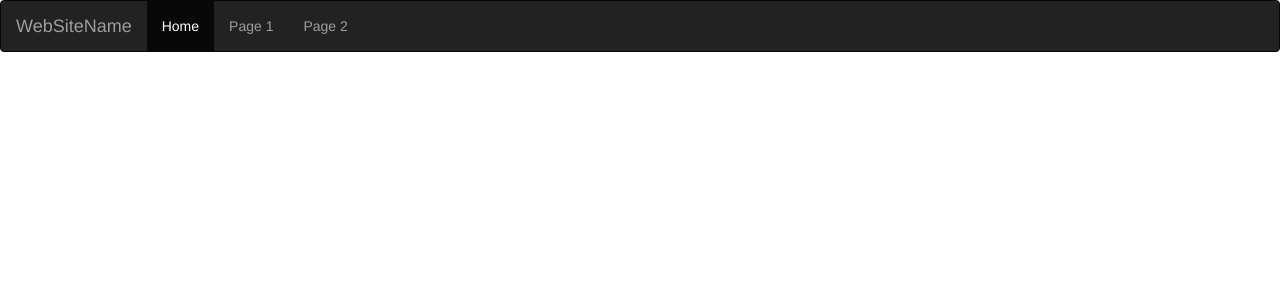
Repository: MckinstryJ/CS3250
Page: CS3250/team_four/src/main/resources/static/index.html
The author's editor kept a copy of each file at every save. The page is drawn from the files as they stood at one save, then again after the next save.
The browser window is 1280 px wide. The pictures show the whole page.
Some web libraries are served in a nearby version.

Above is the page before, as saved 2017-10-03 00:58:40.

### CS3250/team_four/src/main/resources/static/index.html
<!DOCTYPE HTML>
<html>
	<head>
		<title>MSU Denver</title>
		<link rel="icon" href="logo_handler.png" />
		<meta charset="utf-8">
  		<meta name="viewport" content="width=device-width, initial-scale=1">
	  	<link rel="stylesheet" href="https://maxcdn.bootstrapcdn.com/bootstrap/3.3.7/css/bootstrap.min.css">
  		<script src="https://ajax.googleapis.com/ajax/libs/jquery/3.2.1/jquery.min.js"></script>
  		<script src="https://maxcdn.bootstrapcdn.com/bootstrap/3.3.7/js/bootstrap.min.js"></script>
	</head>
	<body>
		<nav class="navbar navbar-inverse">
  			<div class="container-fluid">
    			<div class="navbar-header">
      				<a class="navbar-brand" href="#">WebSiteName</a>
    			</div>
    			<ul class="nav navbar-nav">
      				<li class="active"><a href="#">Home</a></li>
      				<li><a href="#">Page 1</a></li>
      				<li><a href="#">Page 2</a></li>
			    </ul>
  			</div>
		</nav>
	</body>
</html>

After the next save:
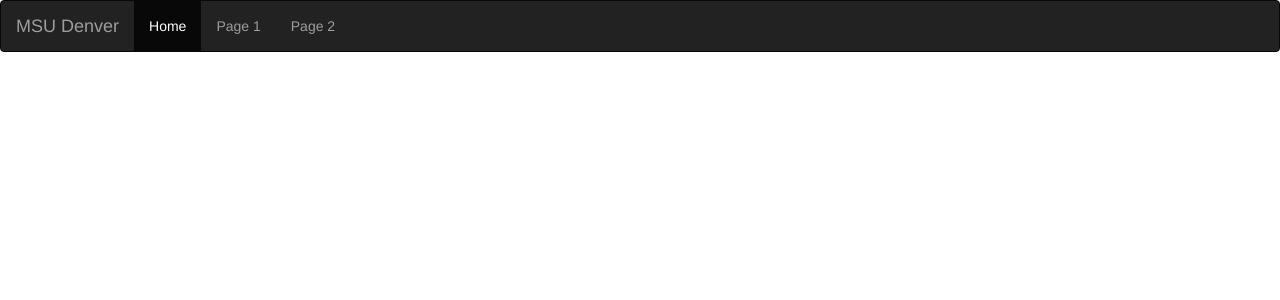
Saved 22 s later.
--- a/CS3250/team_four/src/main/resources/static/index.html
+++ b/CS3250/team_four/src/main/resources/static/index.html
@@ -13,7 +13,7 @@
 		<nav class="navbar navbar-inverse">
   			<div class="container-fluid">
     			<div class="navbar-header">
-      				<a class="navbar-brand" href="#">WebSiteName</a>
+      				<a class="navbar-brand" href="#">MSU Denver</a>
     			</div>
     			<ul class="nav navbar-nav">
       				<li class="active"><a href="#">Home</a></li>
